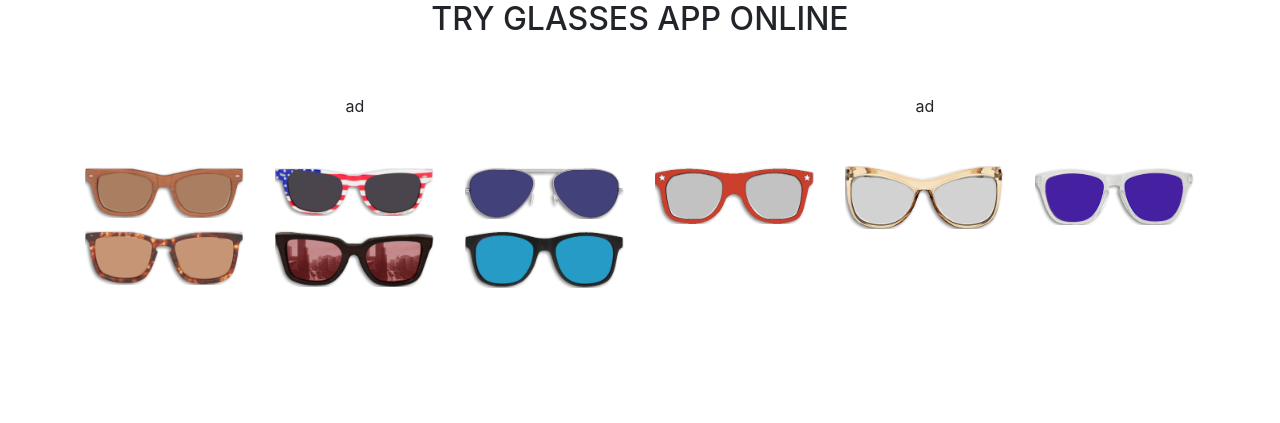
Repository: phongthanhh/ChoseGlass
Page: /
An editor plug-in stored every save of this project. The page is shown before and after the next save, followed by the edit.
The browser window is 1280 px wide. The pictures show the whole page.
The project was rebuilt for these pictures with package versions that can differ from the ones it lists, and the page was loaded fresh each time.

Above is the page before, as saved 2022-12-25 15:34:01.

After the next save:
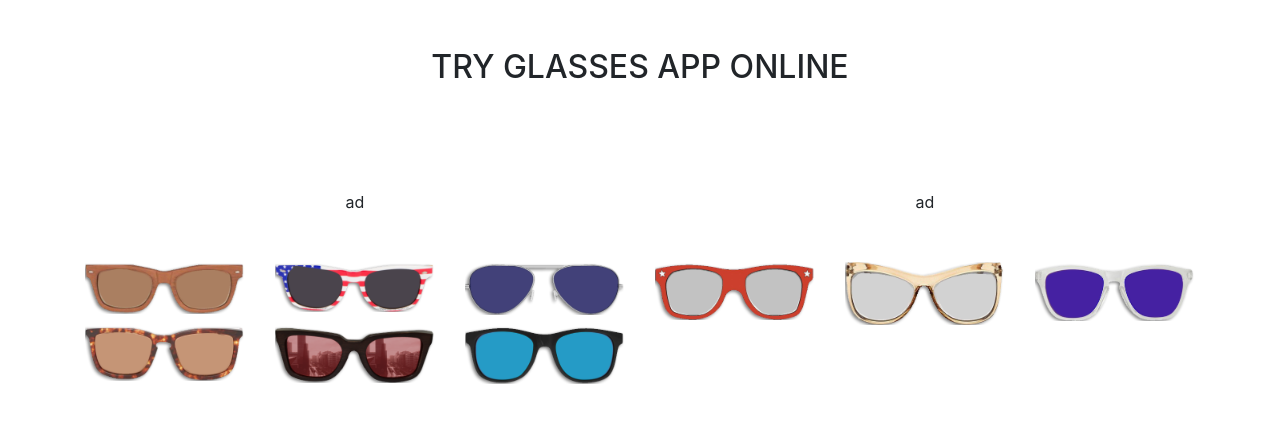
Saved 10 s later.
--- a/src/ChoseGlass/BTGlass.jsx
+++ b/src/ChoseGlass/BTGlass.jsx
@@ -83,7 +83,7 @@
         return (
             <div>
                 <section className='main'>
-                    <h2>TRY GLASSES APP ONLINE</h2>
+                    <h2 className='py-5'>TRY GLASSES APP ONLINE</h2>
                     <div className="item container">
                         <div className="row py-5">
                             <div className="col-6">
